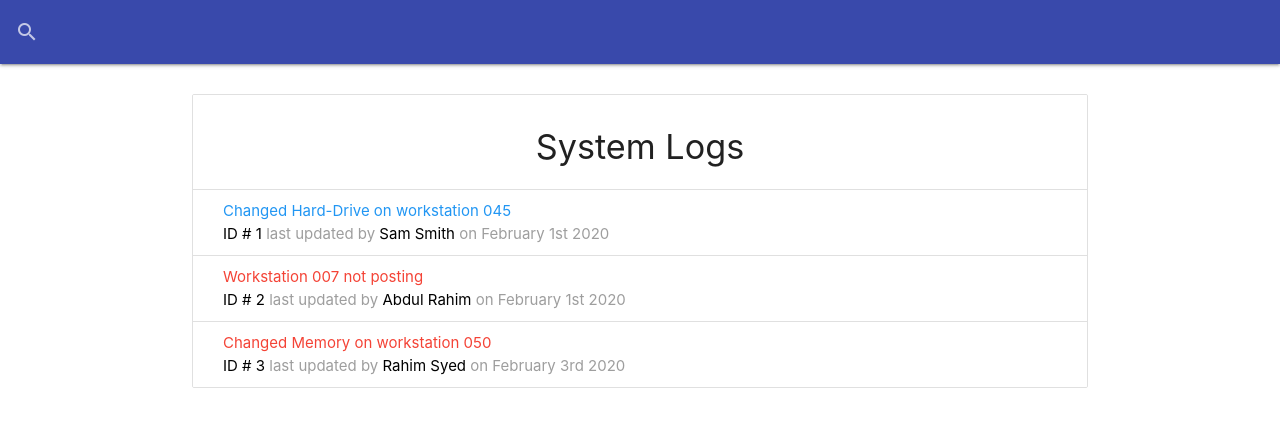
Repository: syedabdulrahim/IT_Logger
Page: /
These files come from the project's save history. The page is drawn as it stood at one moment and after the next save; the edit follows.
The browser window is 1280 px wide. The pictures show the whole page.
The project was rebuilt for these pictures with package versions that can differ from the ones it lists, and the page was loaded fresh each time. Requests to the local data server were answered from the project's data file. Also part of the build but not shown: src/App.css.

Above is the page before, as saved 2020-10-29 23:57:51.

### src/App.js
import React,{useEffect} from 'react';
import SearchBar from '../src/components/layout/SearchBar';
import Logs from '../src/components/logs/Logs';
// import logo from './logo.svg';
import './App.css';
import 'materialize-css/dist/css/materialize.min.css';
import M from 'materialize-css/dist/js/materialize.min.js';

const App=()=> {

  useEffect(()=>{

    // initilaization of matearalize JS
    M.AutoInit();

  },[])

  return(
    <React.Fragment>
        <SearchBar></SearchBar>
        <div className="container">
          <Logs/>
        </div>
    </React.Fragment>
  );



}



export default App;

### src/components/layout/SearchBar.js
import React from 'react'

const SearchBar = () => {
    return (
        <nav style={{
            marginBottom:'30px'
        }} className="indigo darken-1">
        <div className="nav-wrapper">
          <form>
            <div className="input-field">
              <input id="search" type="search" required/>
              <label className="label-icon" htmlFor="search"><i className="material-icons">search</i></label>
              <i className="material-icons">close</i>
            </div>
          </form>
        </div>
      </nav>
    )
}

export default SearchBar;

### src/components/logs/Logs.js
import React,{useEffect,useState} from 'react'
import LogItem from '../logs/LogItem';

const Logs = (props) => {


    useEffect(()=>{
            getLogs();
    },[])


    const [logs,setLogs]=useState([]);
    const [loading,setLoading]=useState(false);

    const getLogs=async ()=>{

        setLoading(true);
         const res= await fetch('/logs');
         const data= await res.json();

         setLogs(data);
         setLoading(false);

    }

    if(loading){
        return <h4>Loading...</h4>
    }


    return (
        <div>
            <ul className="collection with-header">
                <li className="collection-header">
                    <h4 className="center">System Logs</h4>
                </li>
        {!loading&&logs.length===0?(<p className="center">No Logs to show...</p>):
        (
            logs.map((log)=><LogItem log={log}></LogItem>)
        )}
            </ul>

        </div>
    )
}

export default Logs

### src/components/logs/LogItem.js
import React from 'react'
import Moment from 'react-moment';
import PropTypes from 'prop-types'
// import Moment from 'react-moment';

const LogItem = ({log}) => {
    return (

            <li className="collection-item">
                <div>
                    <a href=""
                     className={`modal-trigger ${log.attention?'red-text':'blue-text'}`}>
                         {log.message}
                    </a>
                    <br/>
                    <span className="grey-text">
                            <span className="black-text">ID # {log.id}</span>
                               {' '} {'last updated by'}
                            <span className="black-text">{' '}{log.tech}</span>{' '}
                            on{' '} <Moment format="MMMM Do YYYY">{log.date}</Moment>
                    </span>
                </div>
            </li>

    )
}

LogItem.propTypes = {

    log:PropTypes.object.isRequired

}

export default LogItem

### db.json
{

    "logs":[

        {
            "id":1,
            "message":"Changed Hard-Drive on workstation 045",
            "attention":false,
            "date":"02-01-2020",
            "tech":"Sam Smith"

    },

    {
            "id":2,
            "message":"Workstation 007 not posting",
            "attention":true,
            "date":"02-01-2020",
            "tech":"Abdul Rahim"

    },


    {
            "id":3,
            "message":"Changed Memory on workstation 050",
            "attention":true,
            "date":"02-03-2020",
            "tech":"Rahim Syed"

    }
],

    "techs":[
        {
            "id":1,
            "firstName":"Sam",
            "lastName":"Smith"
        },
        {
            "id":2,
            "firstName":"Abdul",
            "lastName":"Rahim"
        },
        {
            "id":3,
            "firstName":"Rahim",
            "lastName":"Syed"
        }

    ]
}

Loaded but not shown: public/index.html (common file); src/index.js (common file); src/index.css (common file); src/reportWebVitals.js (common file)

After the next save:
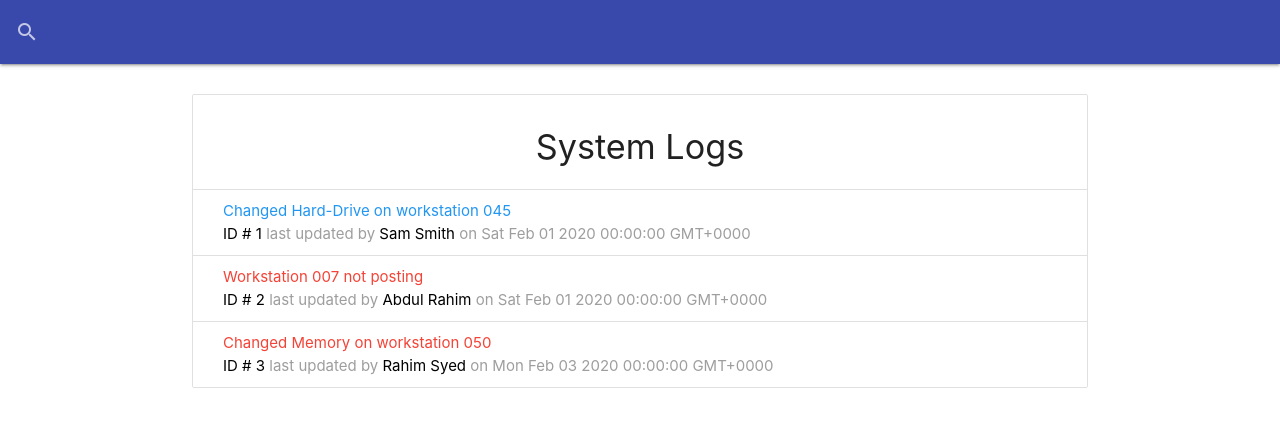
Saved 7 min 38 s later.
--- a/src/components/logs/LogItem.js
+++ b/src/components/logs/LogItem.js
@@ -17,7 +17,7 @@ const LogItem = ({log}) => {
                             <span className="black-text">ID # {log.id}</span>
                                {' '} {'last updated by'}
                             <span className="black-text">{' '}{log.tech}</span>{' '}
-                            on{' '} <Moment format="MMMM Do YYYY">{log.date}</Moment>
+                            on{' '} <Moment>{log.date}</Moment>
                     </span>
                 </div>
             </li>
